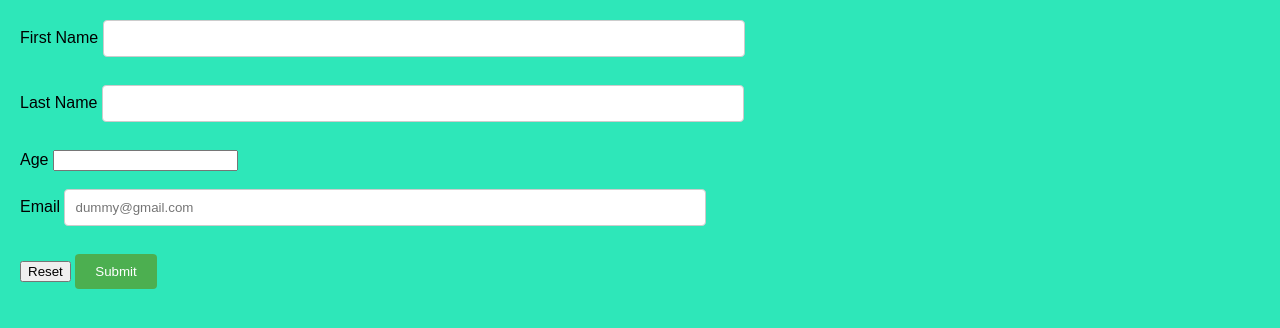
Repository: Haakim19/web-dev
Page: form.html
These files come from the project's save history. The page is drawn as it stood at one moment and after the next save; the edit follows.
The browser window is 1280 px wide. The pictures show the whole page.

Above is the page before, as saved 2024-06-02 16:10:37.

### form.html
<!DOCTYPE html>
<html lang="en">
<head>
    <meta charset="UTF-8">
    <meta name="viewport" content="width=device-width, initial-scale=1.0">
    <link rel="stylesheet" type = "text/css" href = "form.css">
    <title>Form</title>
</head>
<body>
    <form action="form.php" method = "POST">
       <div>
            <label for="fname">First Name</label>
            <input type="text" name = "fname" id = "fname" required>
       </div>

       <br>

        <div>
            <label for="lname">Last Name</label>
            <input type="text" name = "lname" id = "lname" required>

        </div>

        <br>

        <div>
            <label for="age">Age</label>
            <input type="number" name = "age" id = "age" min="0">

        </div>

        <br>

        <div>
            <label for="email">Email</label>
            <input type="email" name = "email" id = "email" required placeholder="dummy@gmail.com">

        </div>


        <br>

        <input type="reset" value = "Reset">
        <input type="submit" value = "Submit">

    </form>
</body>
</html>

### form.css
body {
    font-family: Arial, Helvetica, sans-serif, sans-serif;
    background-color: #2ee7b9;
    margin: 10px;
    padding: 10px;
}
/* Reset default form styles */
form {
    margin: 0;
    padding: 0;

}

/* Style form elements */
input[type="text"],
input[type="email"],
input[type="password"],
textarea {
    width: 50%;
    padding: 10px;
    margin-bottom: 10px;
    border: 1px solid #ccc;
    border-radius: 4px;
}

input[type="submit"] {
    background-color: #4CAF50;
    color: white;
    padding: 10px 20px;
    border: none;
    border-radius: 4px;
    cursor: pointer;
}

input[type="submit"]:hover {
    background-color: #45a049;
}

After the next save:
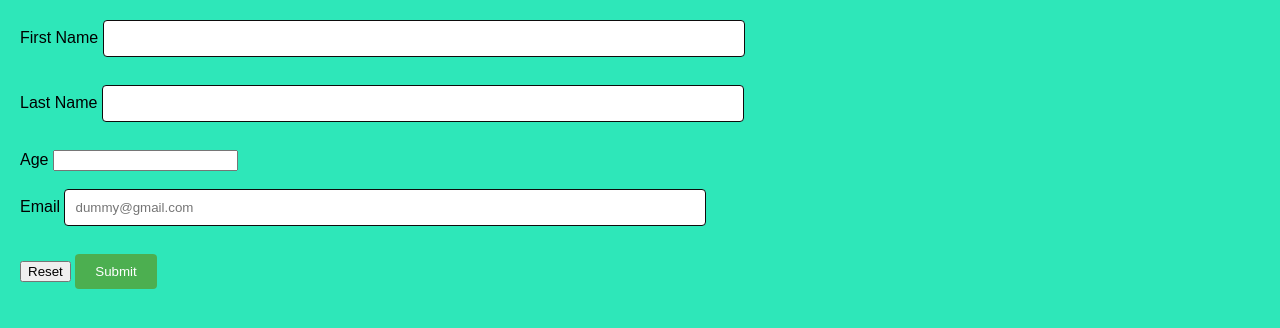
Saved 34 s later.
--- a/form.css
+++ b/form.css
@@ -19,7 +19,7 @@ textarea {
     width: 50%;
     padding: 10px;
     margin-bottom: 10px;
-    border: 1px solid #ccc;
+    border: 1px solid #0d0c0c;
     border-radius: 4px;
 }
 
@@ -33,5 +33,5 @@ input[type="submit"] {
 }
 
 input[type="submit"]:hover {
-    background-color: #45a049;
+    background-color: #c71a1a;
 }
